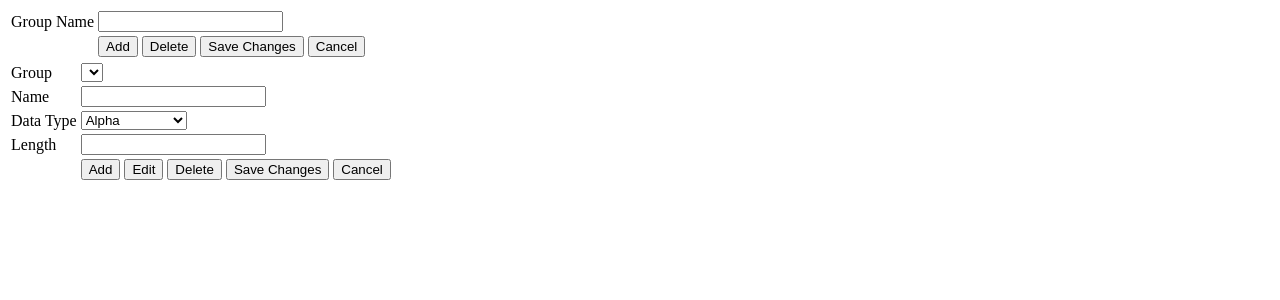
Repository: joliest/MyGits
Page: http://localhost/MiniTracker/Attribute.jsp
The author's editor kept a copy of each file at every save. The page is drawn from the files as they stood at one save, then again after the next save.
The browser window is 1280 px wide. The pictures show the whole page.
Some web libraries are served in a nearby version. The page is served by Tomcat 9. Other server files are loaded and not shown. Queries for data that is not in the repository find no rows.

Above is the page before, as saved 2017-10-26 14:47:09.

### Java/Project_JIRA/MiniTracker/WebContent/Attribute.jsp
<%@ page language="java" contentType="text/html; charset=ISO-8859-1"
    pageEncoding="ISO-8859-1"%>
<html>
	<head>
		<title>Attribute Page</title>
		<script src="https://ajax.googleapis.com/ajax/libs/jquery/3.2.1/jquery.min.js"></script>
		<script src="js/Attribute.js"></script>
	</head>
	<body>
		<div id="AttributeListBox">
			<ul id="attributeGroupList">
				<li>Value 1
					<ul>
						<li> sub value 1</li>
						<li> sub value 2</li>
					</ul>
				</li>
			</ul>

		</div>

		<div id="AttributeGroupTextFieldBox">
			<table>
				<tr>
					<td>Group Name</td>
					<td><input type="text" id="attribGroupName"></td>
				</tr>
				<tr>
					<td></td>
					<td><button type="button" id="addAttributeGroup">Add</button>
					<button type="button" id="deleteAttributeGroup">Delete</button>
					<button type="button" id="editAttributeGroup">Save Changes</button>
						<button type="button" id="cancel">Cancel</button></td>
				</tr>
			</table>
		</div>

		<div id="AttributeTextFieldBox">
			<table>
				<tr>
					<td>Group</td>
					<td>
						<select id="selectAttributeGroup">

						</select>
					</td>
				</tr>
				<tr>
					<td>Name</td>
					<td><input type="text" id="attribName"></td>
				</tr>
				<tr>
					<td>Data Type</td>
					<td>
						<select id="attribDataType">
							<option>Alpha</option>
							<option>AlphaNumeric</option>
							<option>Numeric</option>
							<option>Date</option>
							<option>Selection</option>
						</select>
					</td>
				</tr>
				<tr>
					<td>Length</td>
					<td><input type="text" id="attribLength"></td>
				</tr>
				<tr>
					<td></td>
					<td><button type="button" id="addAttribute">Add</button>
					<button type="button" id="editAttribute">Edit</button>
					<button type="button" id="deleteAttribute">Delete</button>
					<button type="button" id="addAttribute">Save Changes</button>
						<input type="button" value="Cancel">
					</td>
				</tr>
			</table>
		</div>


	</body>
</html>

### Java/Project_JIRA/MiniTracker/WebContent/js/Attribute.js

/*
 	Add validation that detects blank values
 */

$(document).ready(function(){

	var controller = "/MiniTracker/Attribute.do";

	loadAttributePage();


	$(this).on("click", "#attributeListRow", function(index) {
		$(this).css("color", "red");

		//get attribute id
		var attributeId = $(this).attr("attributeId");

		$.post(controller, { category : "getAttributeGroup", attributeId : attributeId }, function(data, status){
			alert(data);
		})
	})

	/*
	function getAttributeGroup() {
		$.post(controller, { category : "getAttributeGroup" }, function(data, status){
			return data;
		})
	}
	*/

	/*
	$(this).on("click", "#attributeListRow", function(index) {
		$(this).on({
			mouseenter : function() {
				$(this).css("color", "blue");
				$(this).css("border", "0px solid blue");
			},
			click : function() {
				$(this).css("color", "red");
				$(this).css("border", "1px solid red");
			}
		})
	})
	*/

	$("#addAttribute").click(function(){
		$.post(controller,
				{
					category : "addAttribute",
					groupName : $("#attribGroup").val(),
					groupId : $("option:selected").attr("attributeid"),
					name : $("#attribName").val(),
					dataType : $("#attribDataType").val(),
					length : $("#attribLength").val()
				},
				function(data, status) {
					alert(data);
					loadAttributePage();
					clearTextFields()
				})
	})

	$("#addAttributeGroup").click(function(){
		$.post(controller,
				{
					category : "addAttributeGroup",
					name : $("#attribGroupName").val()
				},
				function(data, status) {
					alert(data);
					loadAttributePage();
					clearTextFields()
				})
	})

	function loadAttributePage() {
	$.post(controller,
			{category : "loadAttributeGroups"},
			function(data, status) {
				$("#selectAttributeGroup").html(data);
			})

	$.post(controller,
			{category : "loadAttributesPanel"},
			function(data, status){
				$("#attributeGroupList").html(data);
			})
	}

	function clearTextFields() {
		$(":text").val("");
	}
})




/*
function addAttribute(value) {
	var buttonType = value;

	var xhttp = new XMLHttpRequest();

	xhttp.onreadystatechange = function() {
		if(this.readyState == 4 && this.status == 200) {
			alert("Ok");
		}
	};

	xhttp.open("POST", "MiniTracker/");
	xhttp.send();
}

*/

### Java/Project_JIRA/MiniTracker/src/com/tracker/Attribute/web/AttributeServlet.java
package com.tracker.Attribute.web;

import javax.servlet.http.*;

import com.tracker.Module;
import com.tracker.Attribute.model.Attribute;
import com.tracker.Attribute.model.AttributeGroup;
import com.tracker.DatabaseHelper.*;

import javax.servlet.*;

import java.io.IOException;
import java.io.PrintWriter;
import java.util.*;

public class AttributeServlet extends HttpServlet{

	public void doPost(HttpServletRequest request, HttpServletResponse response) throws ServletException, IOException {
		//doGet(request, response);
		response.setContentType("text/html");
		PrintWriter out = response.getWriter();

		String category = request.getParameter("category");
		String alert = "";

		DatabaseManager managerTask = new AttributeDatabaseManager(request);
		AttributeDatabaseManager attributeManagerTask = (AttributeDatabaseManager) managerTask;

		if(category.equals("addAttribute")) {

			Attribute attributeAdder = new Attribute(request);
			DatabaseManager addAttributeManager = new AttributeDatabaseManager(attributeAdder);
			addAttributeManager.add();

			alert +=  attributeAdder.getName() + " is added.";

		} else if(category.equals("loadAttributesPanel")) {
			HashMap<Integer, String> attributeGroups = managerTask.listGroups();
			HashMap<Integer, String> attributes;

			for(Map.Entry<Integer, String> groupEntry : attributeGroups.entrySet()) {

				String groupId = groupEntry.getKey().toString();
				String groupName = groupEntry.getValue().toString();

				int attributeGroupId = groupEntry.getKey();
				attributes = managerTask.getMembersByGroupId(attributeGroupId);

				//generates <li groupId="100">GroupName</li>
				//alert += "<li groupId=\"" + groupId + "\">";
				alert += "<li>";
				alert +=  "<b groupId=\"" + groupId + "\" id=\"attributeGroupListRow\">" + groupName + "</b>";
				alert += "<ul>";
				for(Map.Entry<Integer, String> entry : attributes.entrySet()) {
					String id = entry.getKey().toString();
					String attributeName = entry.getValue().toString();

					//generates <li attributeId="1001">AttributeName</li>
					alert += "<li id=\"attributeListRow\" attributeId=\"" + id + "\">";
					alert += attributeName;
					alert += "</li>";
				}
				alert += "</ul>";
				alert += "</li>";
			}

		} else if(category.equals("getAttributeGroup")) {
			int attributeId = getAttributeId(request);
			alert += attributeManagerTask.getAttributeGroupById(attributeId);

		} else if(category.equals("getAttributeName")) {
			int attributeId = getAttributeId(request);
			alert += attributeManagerTask.getAttributeNameById(attributeId);

		} else if(category.equals("getDataType")) {
			int attributeId = getAttributeId(request);
			alert += attributeManagerTask.getAttributeDataTypeById(attributeId);

		} else if(category.equals("getLength")) {
			int attributeId = getAttributeId(request);
			alert += attributeManagerTask.getAttributeLengthById(attributeId);

		} else if(category.equals("deleteAttribute")) {
			int attributeId = getAttributeId(request);
			alert += managerTask.remove(attributeId);

		}else {

		}
		out.print(alert);
	}

	private int getAttributeId(HttpServletRequest request) {
		String attributeIdValue = request.getParameter("attributeId");
		int attributeId = Integer.parseInt(attributeIdValue);
		return attributeId;
	}
}

After the next save:
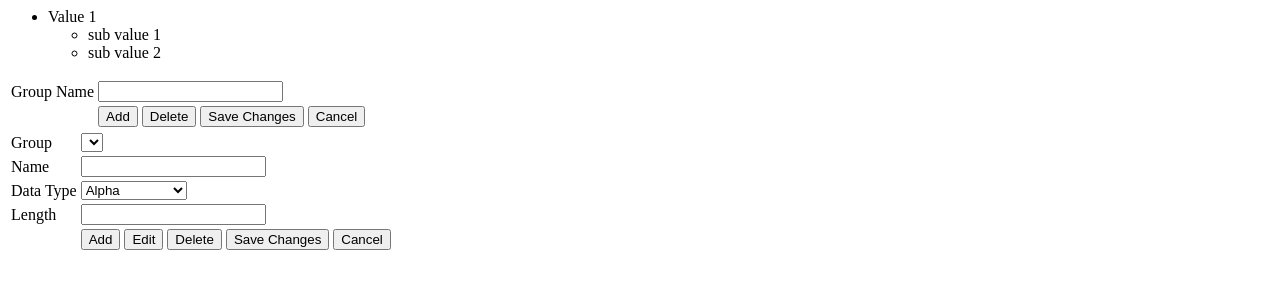
Console error: SyntaxError: Unexpected token '}'
Saved 5 min 23 s later.
--- a/Java/Project_JIRA/MiniTracker/WebContent/js/Attribute.js
+++ b/Java/Project_JIRA/MiniTracker/WebContent/js/Attribute.js
@@ -17,7 +17,7 @@
 		var attributeId = $(this).attr("attributeId");
 
 		$.post(controller, { category : "getAttributeGroup", attributeId : attributeId }, function(data, status){
-			alert(data);
+			$("select#selectAttributeGroup").
 		})
 	})
 

After the save that followed:
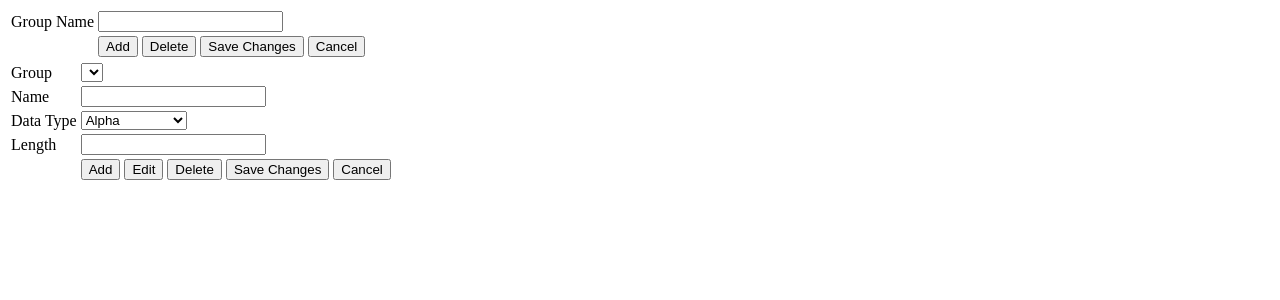
The error is gone.
Saved 13 s later.
--- a/Java/Project_JIRA/MiniTracker/WebContent/js/Attribute.js
+++ b/Java/Project_JIRA/MiniTracker/WebContent/js/Attribute.js
@@ -17,7 +17,7 @@
 		var attributeId = $(this).attr("attributeId");
 
 		$.post(controller, { category : "getAttributeGroup", attributeId : attributeId }, function(data, status){
-			$("select#selectAttributeGroup").
+			$("select#selectAttributeGroup").val(data);
 		})
 	})
 
